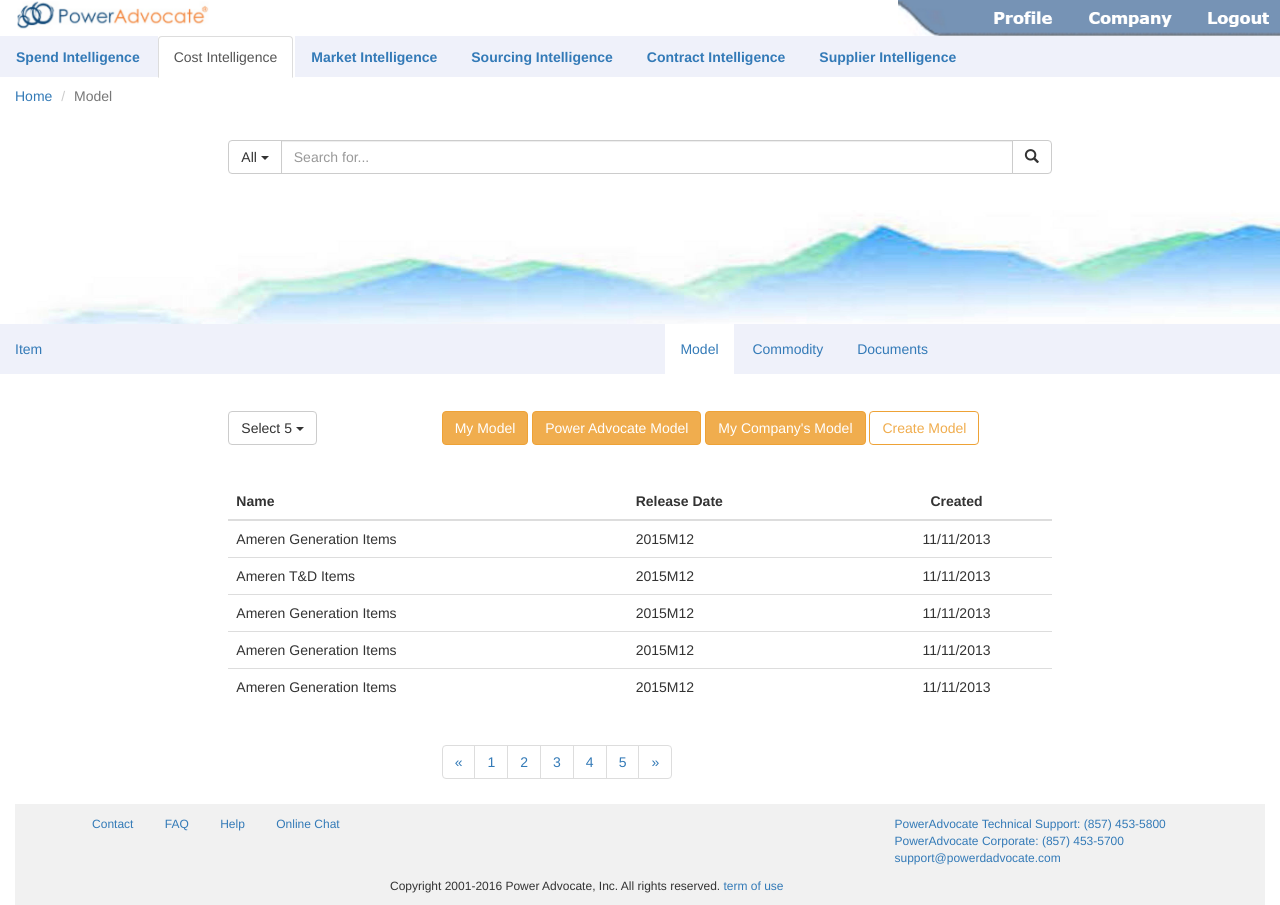
Repository: SamiraMansouri/PowerAdvocate-CostIntelligence-Application-new-Design-using-UserExperience-Method-
Page: http://localhost/PowerAdvocate/WEB-INF/views/home.jsp
An editor plug-in stored every save of this project. The page is shown before and after the next save, followed by the edit.
The browser window is 1280 px wide. The pictures show the whole page.
The page is served by Tomcat 9. Nobody is signed in. The template is opened directly, without the code that normally fills it, so the values that code supplies are empty.

Above is the page before, as saved 2016-04-25 01:39:16.

After the next save:
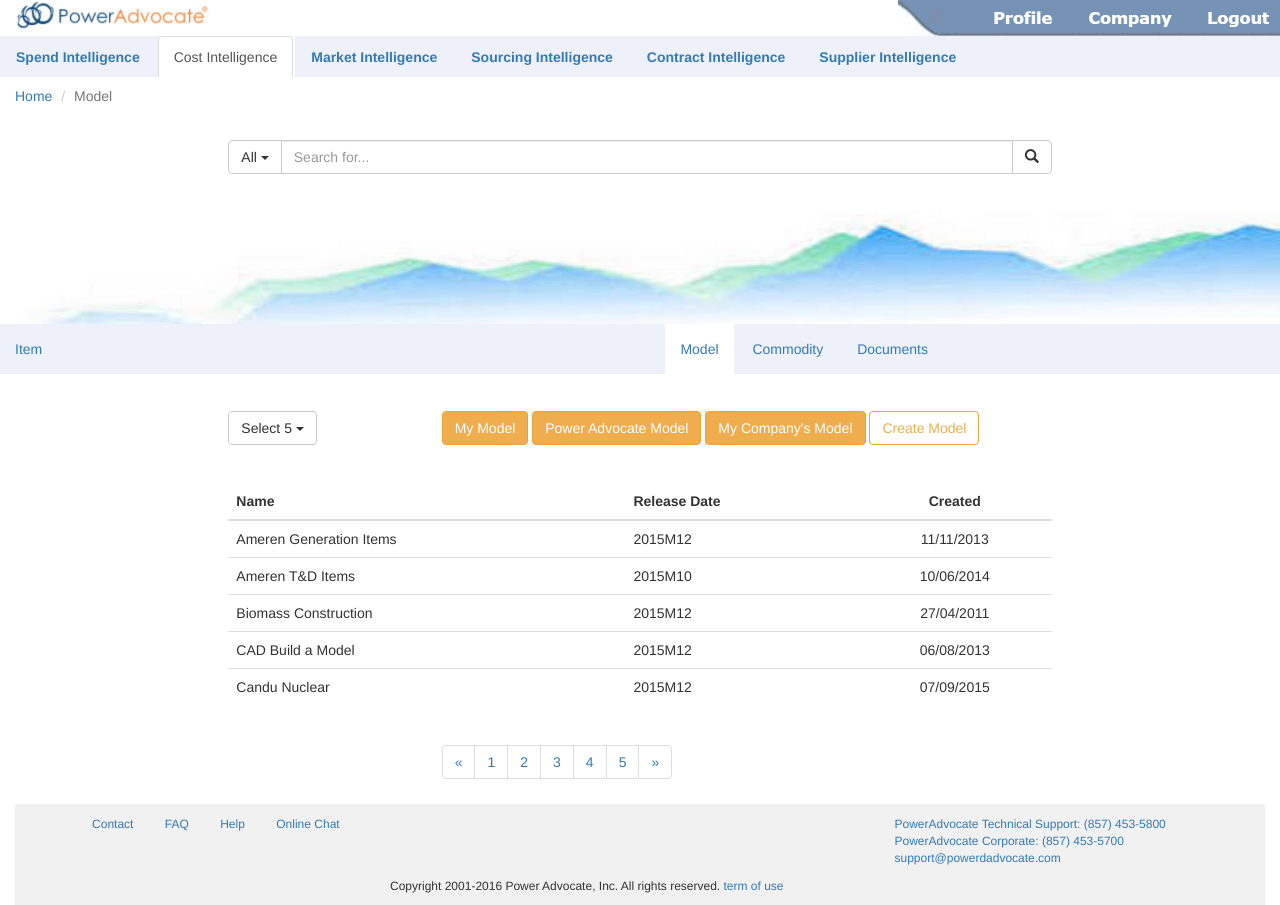
Saved 114 s later.
--- a/PowerAdvocate-Prototype/PowerAdvocate/src/main/webapp/WEB-INF/views/home.jsp
+++ b/PowerAdvocate-Prototype/PowerAdvocate/src/main/webapp/WEB-INF/views/home.jsp
@@ -265,23 +265,23 @@
 					</tr>
 					<tr>
 						<td>Ameren T&D Items</td>
+						<td>2015M10</td>
+						<td style="text-align:center;">10/06/2014</td>
+					</tr>
+					<tr>
+						<td>Biomass Construction</td>
 						<td>2015M12</td>
-						<td style="text-align:center;">11/11/2013</td>
-					</tr>
-					<tr>
-						<td>Ameren Generation Items</td>
+						<td style="text-align:center;">27/04/2011</td>
+					</tr>
+					<tr>
+						<td>CAD Build a Model</td>
 						<td>2015M12</td>
-						<td style="text-align:center;">11/11/2013</td>
-					</tr>
-					<tr>
-						<td>Ameren Generation Items</td>
+						<td style="text-align:center;">06/08/2013</td>
+					</tr>
+					<tr>
+						<td>Candu Nuclear</td>
 						<td>2015M12</td>
-						<td style="text-align:center;">11/11/2013</td>
-					</tr>
-					<tr>
-						<td>Ameren Generation Items</td>
-						<td>2015M12</td>
-						<td style="text-align:center;">11/11/2013</td>
+						<td style="text-align:center;">07/09/2015</td>
 					</tr>
 				</tbody>
 			</table>
